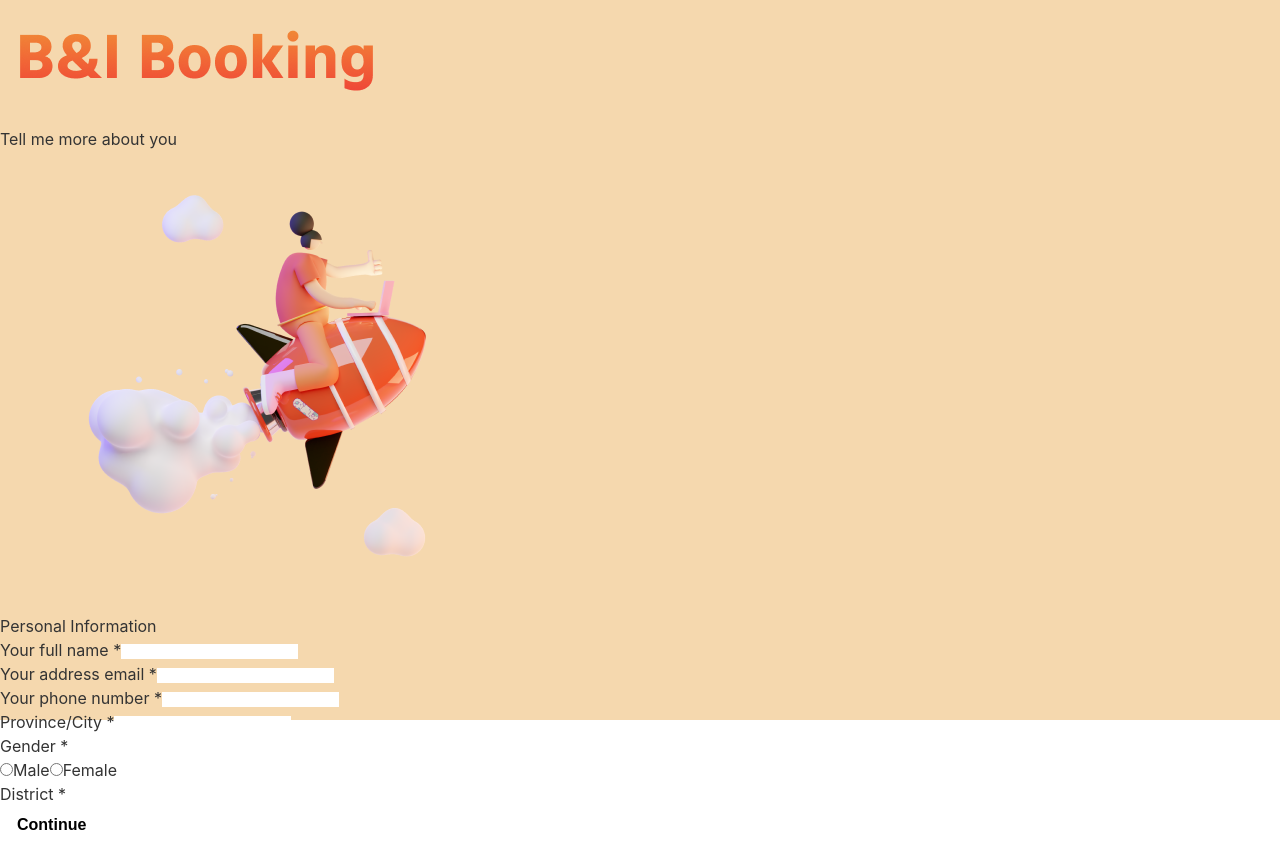
Repository: Grand-Line-PNV/FE-BIBooking
Page: /
The author's editor kept a copy of each file at every save. The page is drawn from the files as they stood at one save, then again after the next save.
The browser window is 1280 px wide. The pictures show the whole page.
The project was rebuilt for these pictures with package versions that can differ from the ones it lists, and the page was loaded fresh each time. Also part of the build but not shown: src/App.css.

Above is the page before, as saved 2023-02-06 10:39:49.

After the next save:
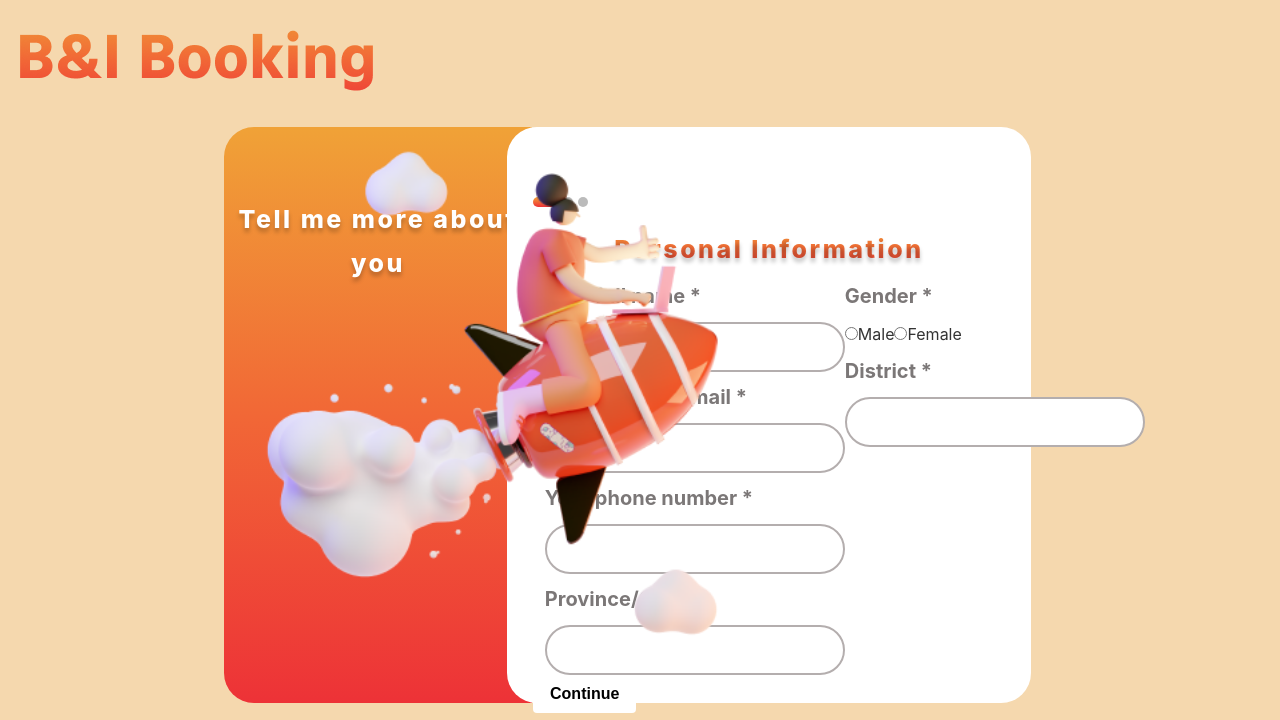
Saved 13 s later.
--- a/src/view/pages/Influencers/PersonalInformation/PersonalInformation.module.scss
+++ b/src/view/pages/Influencers/PersonalInformation/PersonalInformation.module.scss
@@ -15,7 +15,7 @@
   height: 100vh;
   background-color: var(--Wheat-color);
   font-family: var(--Inter-font-family);
-  &.container {
+  & .container {
     width: 65%;
     // height: 50vh;
     // background-color: white;
